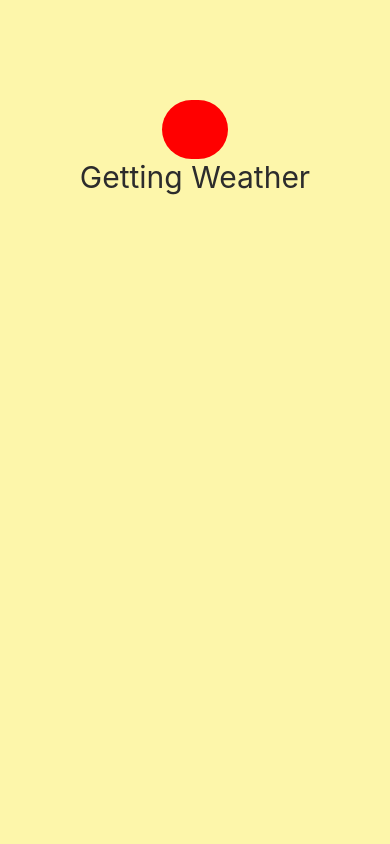
Repository: Exchallenger/Weather-app
Screen: /
These files come from the project's save history. The screen is drawn as it stood at one moment and after the next save; the edit follows.
The app was drawn by React Native's web renderer in a window 390 px wide. The project was rebuilt for these pictures with package versions that can differ from the ones it lists, and the page was loaded fresh each time. Also part of the build but not shown: weather.js.

Above is the screen before, as saved 2021-01-15 15:19:06.

After the next save:
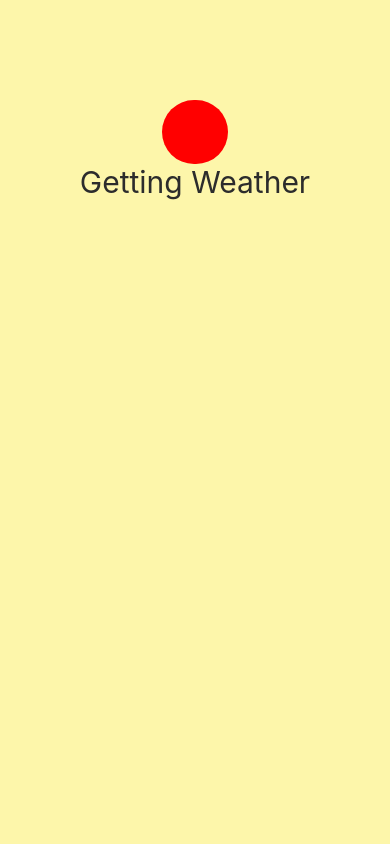
Saved 13 s later.
--- a/loading.js
+++ b/loading.js
@@ -19,7 +19,7 @@ const styles = StyleSheet.create({
         backgroundColor:"#FDF6AA"
     },
     texts:{
-        flex:10,
+        flex:9,
         justifyContent:"center",
         alignItems:"flex-end",
     },
